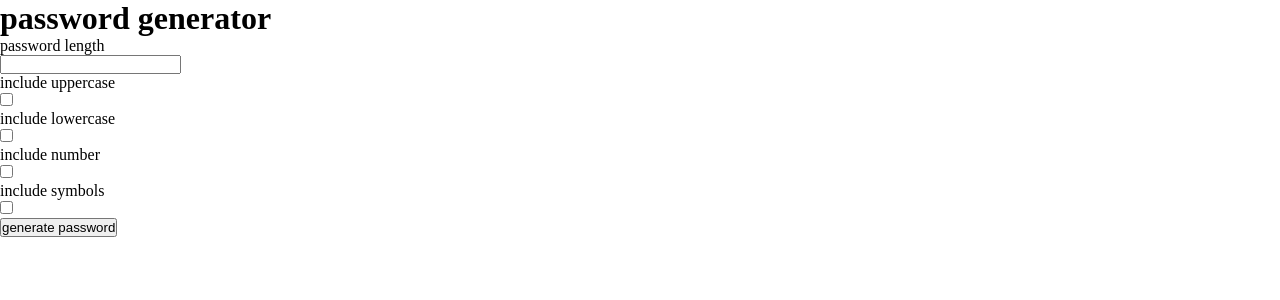
Repository: Eugene44-hub/password-generator
Page: index.html
An editor plug-in stored every save of this project. The page is shown before and after the next save, followed by the edit.
The browser window is 1280 px wide. The pictures show the whole page.

Above is the page before, as saved 2021-09-23 10:21:37.

After the next save:
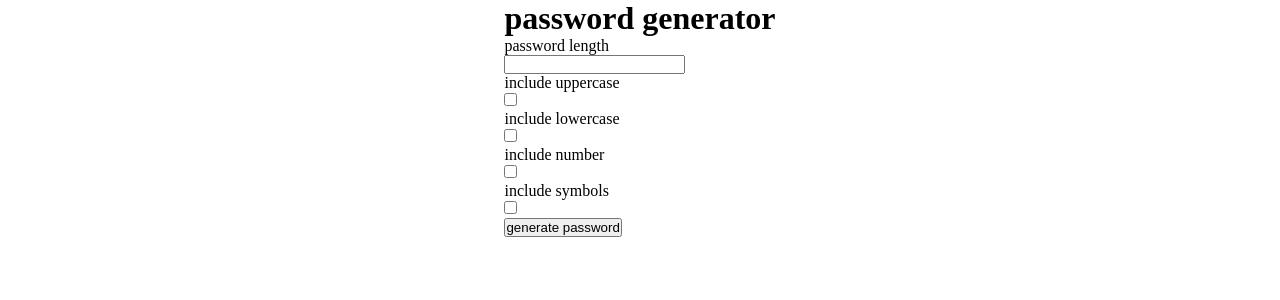
Saved 10 s later.
--- a/style.css
+++ b/style.css
@@ -8,4 +8,6 @@ body {
     display: flex;
 }
 
-.password
+.passwordGenerator {
+    margin: auto;
+}
